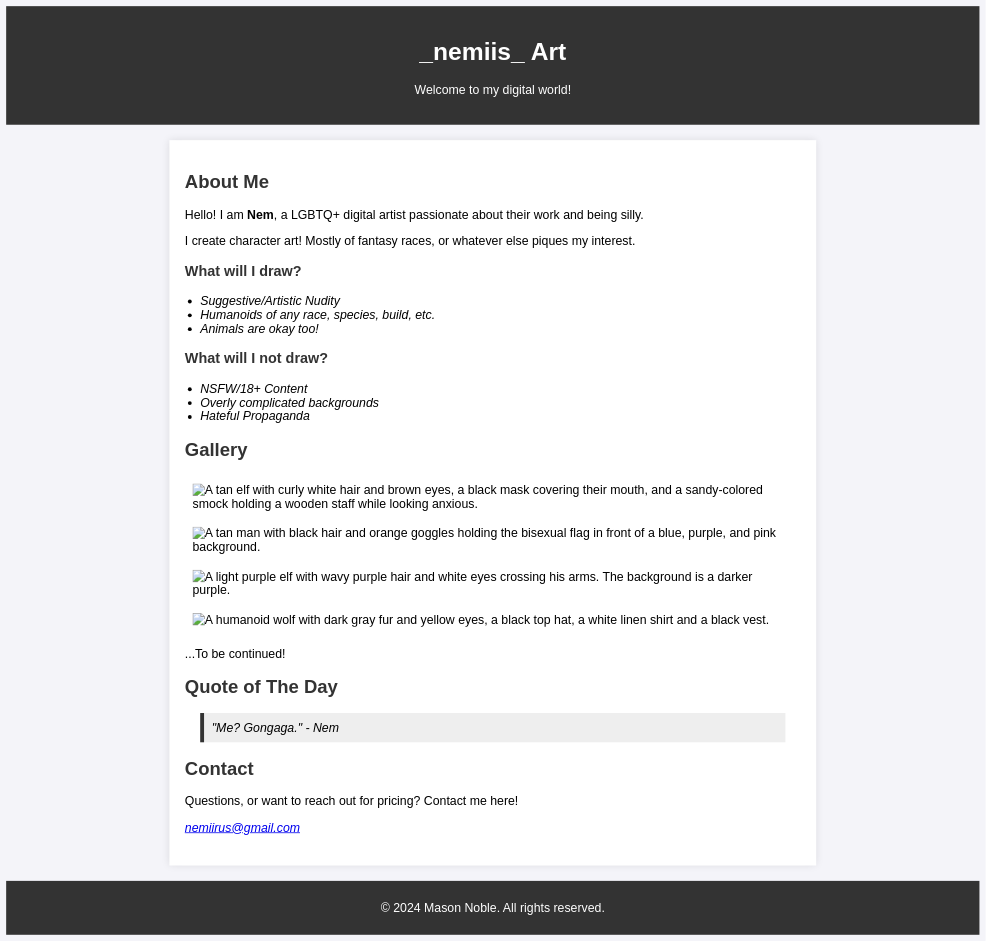
Repository: Brittany-Westlund/MART341-WebDesign
Page: WebDesignHomework/testfolder/index.html
The author's editor kept a copy of each file at every save. The page is drawn from the files as they stood at one save, then again after the next save.
The browser window is 1280 px wide. The pictures show the whole page, at 77% of full size.

Above is the page before, as saved 2024-10-19 23:26:11.
Not found: WebDesignHomework/testfolder/images/arden.png
Not found: WebDesignHomework/testfolder/images/bitomu.png
Not found: WebDesignHomework/testfolder/images/davertiusmybeloved.png

### WebDesignHomework/testfolder/index.html
<!DOCTYPE html>
<html lang="en">
<head>
    <meta charset="UTF-8">
    <meta name="viewport" content="width=device-width, initial-scale=1.0">
    <title>Art Portfolio</title>
    <style>
        /* Here is the styling! I decided to go with something that looks very simple, to match what I planned in the README. I also don't care about the finer details at the moment because the main focus of this assignment is HTML so... */
        body {
            background-color: #f4f4f9;
            font-family: Arial, sans-serif;
        }
        header {
            text-align: center;
            background-color: #333;
            color: #fff;
            padding: 20px 0;
        }
        main {
            max-width: 800px;
            margin: 20px auto;
            padding: 20px;
            background-color: #fff;
            box-shadow: 0 0 10px rgba(0, 0, 0, 0.1);
        }
        h1 {
            color: #fff;
        }
        h2, h3 {
            color: #333;
        }
        ul {
            list-style-type: disc;
            padding-left: 20px;
        }
        section {
            margin-bottom: 20px;
        }
        img {
            margin: 10px;
            width: 45%;
        }
        blockquote {
            font-style: italic;
            margin: 20px;
            padding: 10px;
            background-color: #eee;
            border-left: 5px solid #333;
        }
        footer {
            text-align: center;
            padding: 10px 0;
            background-color: #333;
            color: #fff;
        }
    </style>
</head>
<body>
    <header>
        <h1>_nemiis_ Art</h1>
        <p>Welcome to my digital world!</p>
    </header>
    <main>
        <!-- I'm using my art alias, _nemiis_ / Nem, for this project. The footer, however, contains my real name. -->
        <section>
            <h2>About Me</h2>
            <p>Hello! I am <strong>Nem</strong>, a LGBTQ+ digital artist passionate about their work and being silly.</p>
            <p>I create character art! Mostly of fantasy races, or whatever else piques my interest.</p>
        </section>
        <section>
            <h3>What will I draw?</h3>
            <ul>
                <li><em>Suggestive/Artistic Nudity</em></li>
                <li><em>Humanoids of any race, species, build, etc.</em></li>
                <li><em>Animals are okay too!</em></li>
            </ul>
            <h3>What will I not draw?</h3>
            <ul>
                <li><em>NSFW/18+ Content</em></li>
                <li><em>Overly complicated backgrounds</em></li>
                <li><em>Hateful Propaganda</em></li>
            </ul>
        </section>
        <section>
            <!-- I had fun with this one! I wanted to use my actual art instead of placeholders from the internet. Let's hope it works when I turn it in! *fingers crossed* -->
            <h2>Gallery</h2>
            <img src="images/arden.png" alt="A tan elf with curly white hair and brown eyes, a black mask covering their mouth, and a sandy-colored smock holding a wooden staff while looking anxious.">
            <img src="images/bitomu.png" alt="A tan man with black hair and orange goggles holding the bisexual flag in front of a blue, purple, and pink background.">
            <br>
            <img src="images/finicon.png" alt="A light purple elf with wavy purple hair and white eyes crossing his arms. The background is a darker purple.">
            <img src="images/davertiusmybeloved.png" alt="A humanoid wolf with dark gray fur and yellow eyes, a black top hat, a white linen shirt and a black vest.">
            <br>
            <p>...To be continued!</p>
        </section>
        <section>
            <h2>Quote of The Day</h2>
            <!-- Silly little quote, I may or may not change it every day or every time I turn in this project. -->
            <blockquote>
                "Me? Gongaga."
                <cite>- Nem</cite>
            </blockquote>
        </section>
        <section>
            <h2>Contact</h2>
            <!-- Linking to my actual art business email. -->
            <p>Questions, or want to reach out for pricing? Contact me here!</p>
            <address>
                <a href="mailto:nemiirus@gmail.com">nemiirus@gmail.com</a>
            </address>
        </section>
    </main>
    <footer>
        <p>&copy; 2024 Mason Noble. All rights reserved.</p>
    </footer>
</body>
</html>

After the next save:
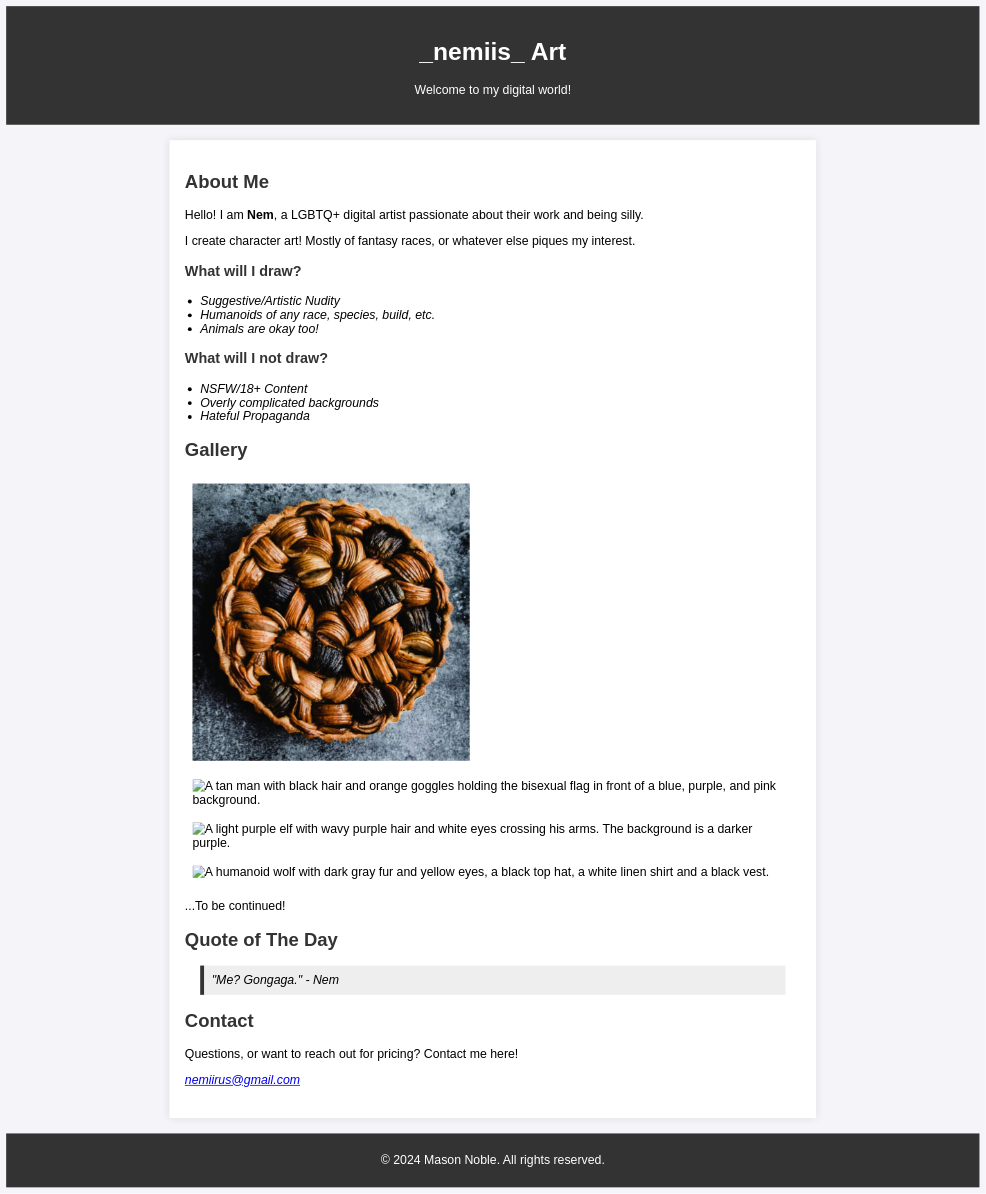
Saved 2 min 47 s later.
--- a/WebDesignHomework/testfolder/index.html
+++ b/WebDesignHomework/testfolder/index.html
@@ -84,7 +84,7 @@
         <section>
             <!-- I had fun with this one! I wanted to use my actual art instead of placeholders from the internet. Let's hope it works when I turn it in! *fingers crossed* -->
             <h2>Gallery</h2>
-            <img src="images/arden.png" alt="A tan elf with curly white hair and brown eyes, a black mask covering their mouth, and a sandy-colored smock holding a wooden staff while looking anxious.">
+            <img src="images/autumn-slices-pie-square.jpg" alt="A tan elf with curly white hair and brown eyes, a black mask covering their mouth, and a sandy-colored smock holding a wooden staff while looking anxious.">
             <img src="images/bitomu.png" alt="A tan man with black hair and orange goggles holding the bisexual flag in front of a blue, purple, and pink background.">
             <br>
             <img src="images/finicon.png" alt="A light purple elf with wavy purple hair and white eyes crossing his arms. The background is a darker purple.">
